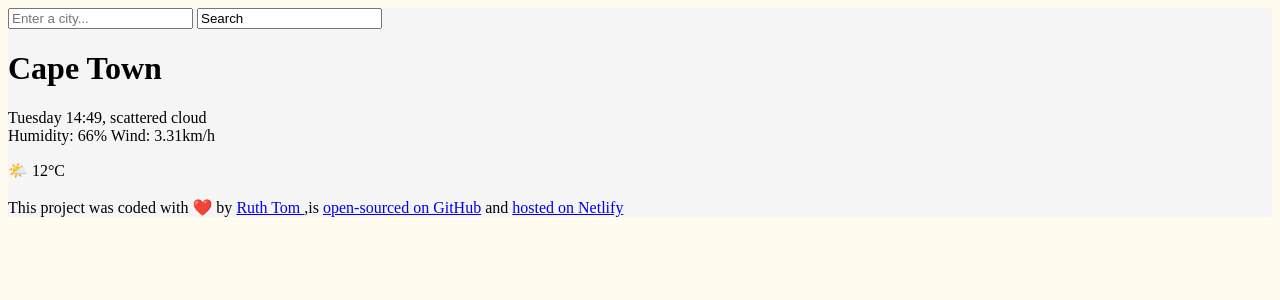
Repository: RuthTom711/Weatherly-App
Page: index.html
The author's editor kept a copy of each file at every save. The page is drawn from the files as they stood at one save, then again after a run of saves.
The browser window is 1280 px wide. The pictures show the whole page.

Above is the page before, as saved 2025-11-10 21:01:08.

### index.html
<!DOCTYPE html>
<html lang="en">
  <head>
    <meta charset="UTF-8" />
    <meta name="viewport" content="width=device-width, initial-scale=1.0" />
    <title>Weatherly App</title>
  </head>
  <body>
    <div class="weather-app">
    <header>
        <form>
            <input type="search" placeholder="Enter a city..." required/>
            <input type="Subnit" value="Search"/>
            <link rel="stylesheet" href="src/styles.css">
        </form>


    </header>

    <main>
    <div>
    <h1>Cape Town</h1>
    <p>
        Tuesday 14:49, scattered cloud
        <br />
        Humidity: 66% Wind: 3.31km/h
    </p>
    </div>
    <div>
    🌤️ 12°C
    </div>
    </main>

    <br />
    <footer>
      This project was coded with ❤️ by
      <a href="https://github.com/RuthTom711" target="_blank"> Ruth Tom </a>,is
      <a href="https://github.com/RuthTom711/Weatherly-App" target="_blank">
        open-sourced on GitHub</a
      >
      and
      <a
        href="https://app.netlify.com/projects/ruth-weatherly-app/"
        target="_blank"
      >
        hosted on Netlify</a
      >
    </footer>
    </div>
  </body>
</html>

### src/styles.css
body {
    background-color: #fffbef;
}

.weather-app{
    background: whitesmoke;
    max-width: ;

}

After the next 2 saves:
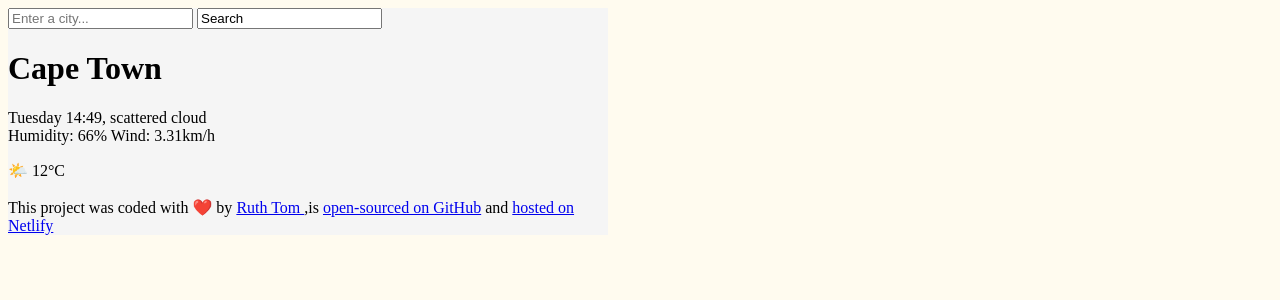
The 2 saves are shown as one change because they came seconds apart.
The last was saved 6 s later.
--- a/src/styles.css
+++ b/src/styles.css
@@ -4,6 +4,6 @@ body {
 
 .weather-app{
     background: whitesmoke;
-    max-width: ;
+    max-width: 600px;
 
 }
